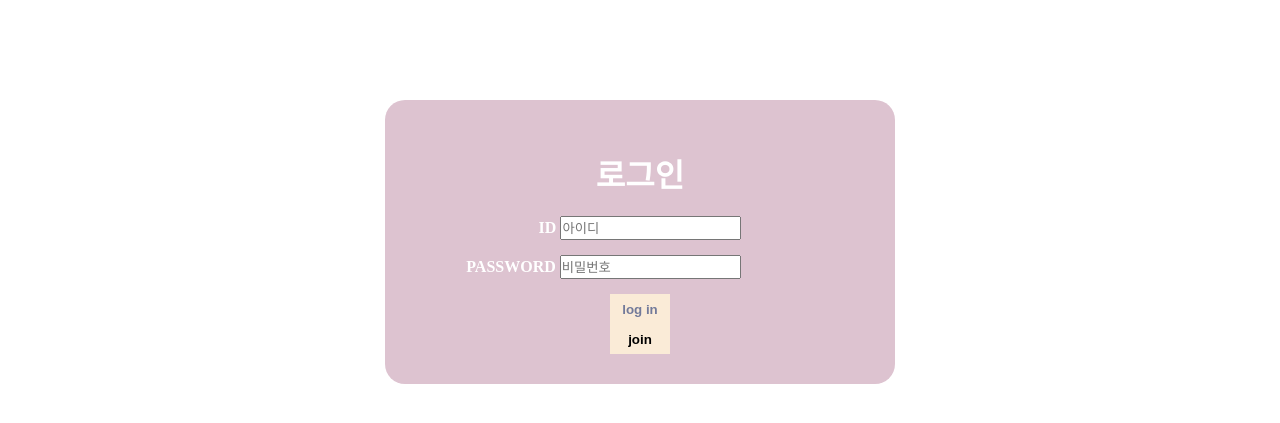
Repository: kayoyo/jsp
Page: http://localhost/BoardWeb_4/login
These files come from the project's save history. The page is drawn as it stood at one moment and after the next save; the edit follows.
The browser window is 1280 px wide. The pictures show the whole page.
The page is served by Tomcat 9.

Above is the page before, as saved 2020-08-28 07:03:16.

After the next save:
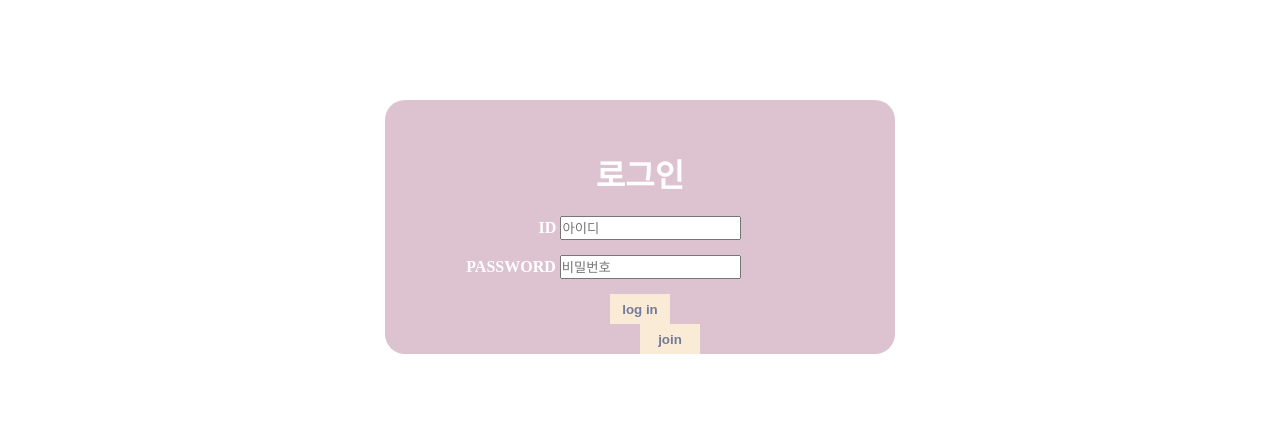
Saved 52 s later.
--- a/BoardWeb_4/WebContent/WEB-INF/jsp/user/login.jsp
+++ b/BoardWeb_4/WebContent/WEB-INF/jsp/user/login.jsp
@@ -16,7 +16,7 @@
  input {height : 20px;}
  #loginBtn {width: 60px; height: 30px;
  		color: #727A9A; background-color: #faebd7; font-weight:bold; border:none;}
- #joinBtn {width: 60px; height: 30px; position:
+ #joinBtn {width: 60px; height: 30px; position: absolute;
  		color: #727A9A; background-color: #faebd7; font-weight:bold; border:none; }
 
 

After the save that followed:
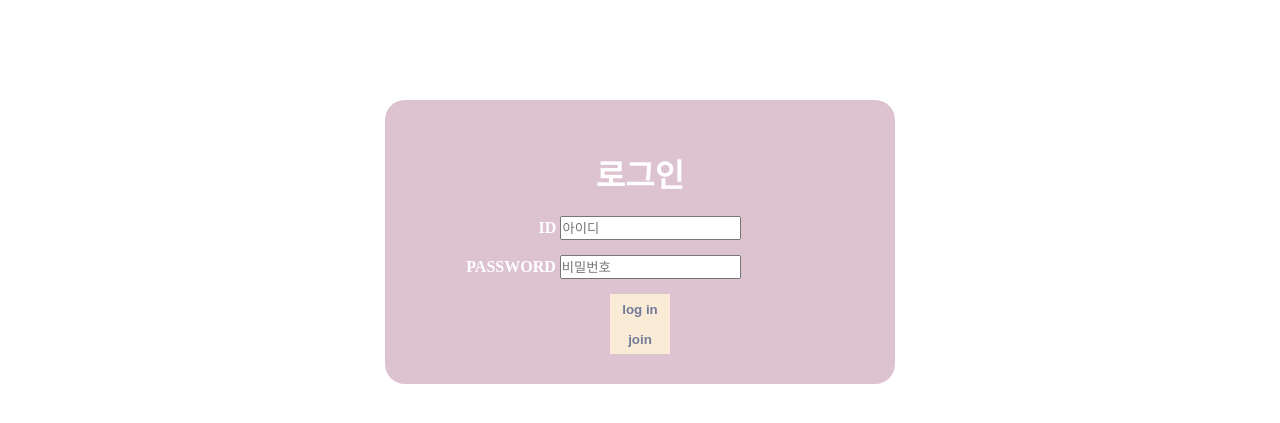
Saved 30 s later.
--- a/BoardWeb_4/WebContent/WEB-INF/jsp/user/login.jsp
+++ b/BoardWeb_4/WebContent/WEB-INF/jsp/user/login.jsp
@@ -16,7 +16,7 @@
  input {height : 20px;}
  #loginBtn {width: 60px; height: 30px;
  		color: #727A9A; background-color: #faebd7; font-weight:bold; border:none;}
- #joinBtn {width: 60px; height: 30px; position: absolute;
+ #joinBtn {width: 60px; height: 30px; position: relative;
  		color: #727A9A; background-color: #faebd7; font-weight:bold; border:none; }
 
 
